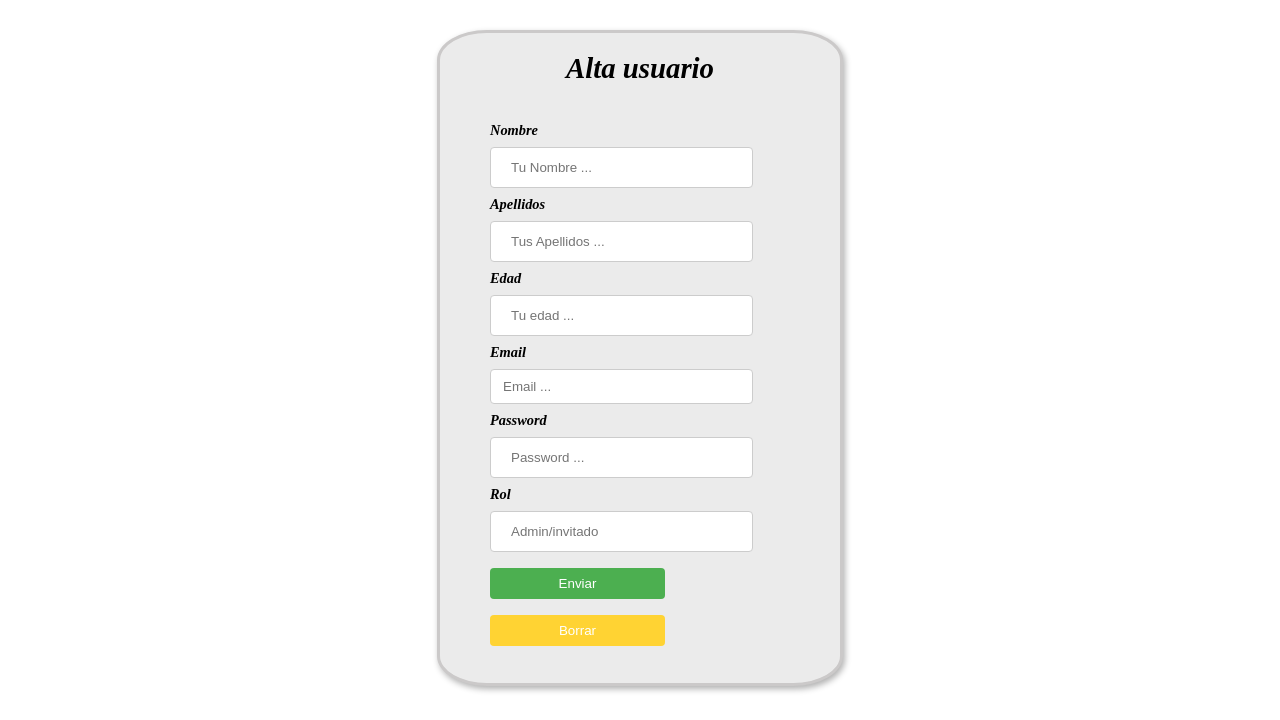
Repository: nachmz42/ProyectoJoker
Page: http://localhost/Joker/eliminarusuario.jsp
These files come from the project's save history. The page is drawn as it stood at one moment and after the next save; the edit follows.
The browser window is 1280 px wide. The pictures show the whole page.
The page is served by Tomcat 9.

Above is the page before, as saved 2021-07-02 11:32:04.

After the next save:
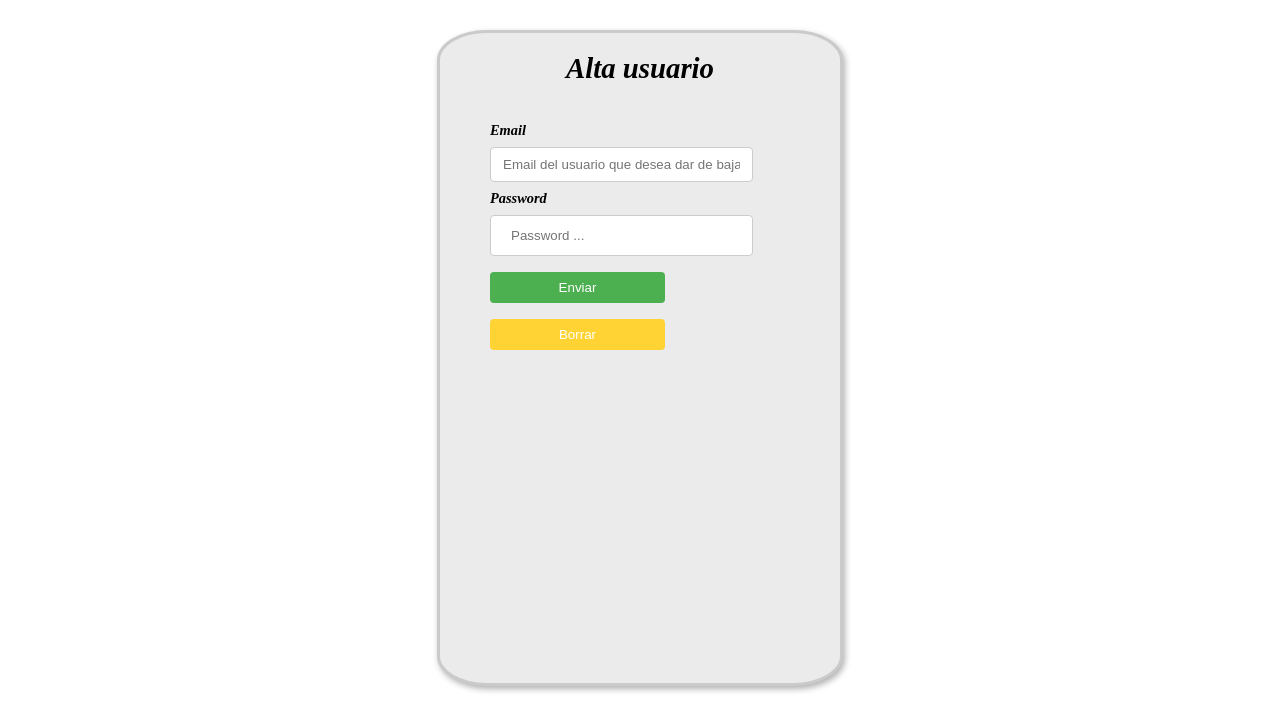
Saved 46 s later.
--- a/Joker/src/main/webapp/eliminarusuario.jsp
+++ b/Joker/src/main/webapp/eliminarusuario.jsp
@@ -14,28 +14,15 @@
 	<h1>Alta usuario</h1>
   	<form action="/"/Joker/ServletEliminarusuario"" method="post"><br>
 
-  	<div class="form2" style="">
-    <label for="nombre" id="1">Nombre</label><br>
-    <input type="text" id="nombre" name="nombre" placeholder="Tu Nombre ..."  required><br>
-
-    <label for="apellidos"  >Apellidos</label><br>
-    <input type="text" id="apellidos" name="apellidos" placeholder="Tus Apellidos ..." required><br>
-
-
-    <label for="edad" id="1">Edad</label><br>
-    <input type="text" id="edad" name="edad" placeholder="Tu edad ..."  required  ><br>
-
+  	<div class="form2" >
 
     <label for="email" id="1">Email</label><br>
-    <input type="email" id="email" name="email" placeholder="Email ..."  required>
+    <input type="email" id="email" name="email" placeholder="Email del usuario que desea dar de baja"  required>
      <i class="icon-user"></i><br>
 
 
     <label for="password" id="1" >Password</label><br>
     <input type="text" id="password" name="password" placeholder="Password ..."  required>  <br>
-
-    <label for="rol" id="1" >Rol</label><br>
-    <input type="text" id="rol" name="rol" placeholder="Admin/invitado"  required  >  <br>
 
 
     <input type="submit" value="Enviar"><br>
